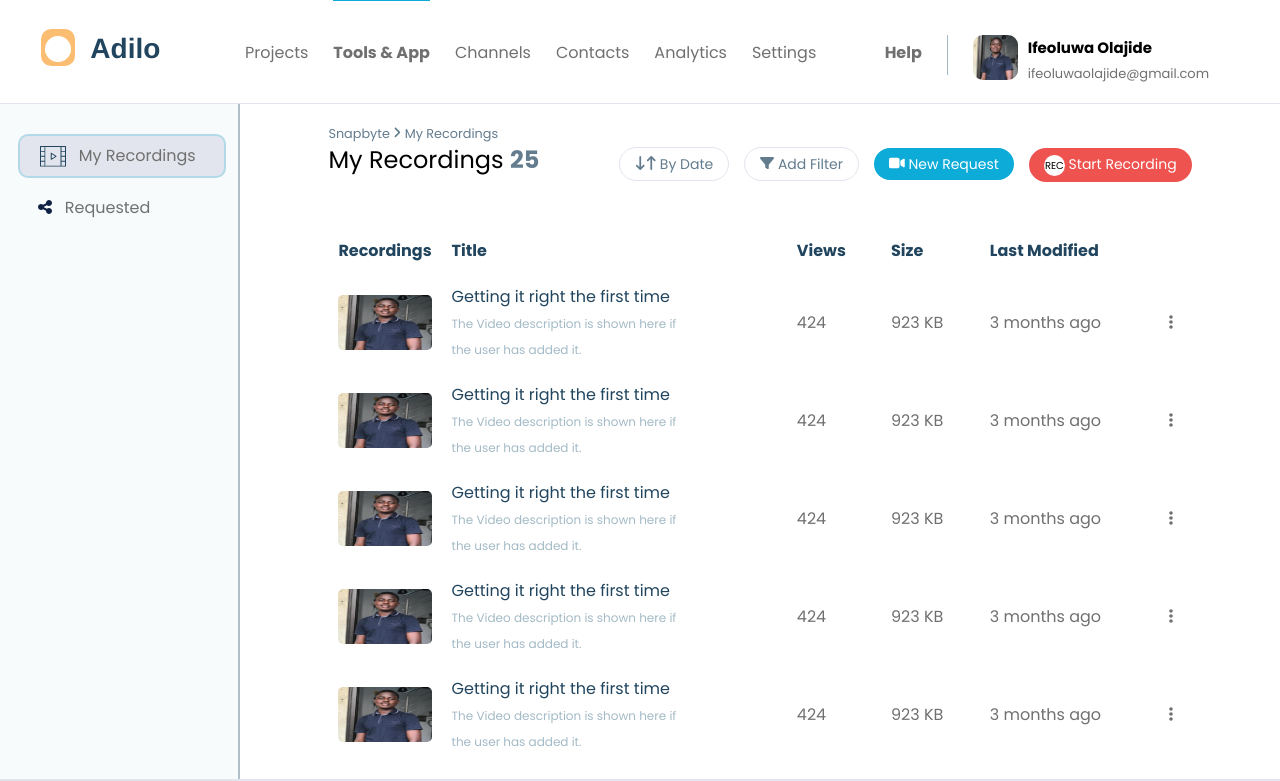
Repository: olhighjay/video_recorder
Page: /
These files come from the project's save history. The page is drawn as it stood at one moment and after the next save; the edit follows.
The browser window is 1280 px wide. The pictures show the whole page.
Some web libraries are served in a nearby version. The project was rebuilt for these pictures with package versions that can differ from the ones it lists, and the page was loaded fresh each time. Also part of the build but not shown: vue.config.js.

Above is the page before, as saved 2022-07-29 08:40:41.

### public/index.html
<!DOCTYPE html>
<html lang="">
  <head>
    <meta charset="utf-8">
    <meta http-equiv="X-UA-Compatible" content="IE=edge">
    <meta name="viewport" content="width=device-width,initial-scale=1.0">
    <link rel="icon" href="<%= BASE_URL %>favicon.ico">
    <title><%= htmlWebpackPlugin.options.title %></title>
    <link rel="stylesheet" href="https://cdn.jsdelivr.net/npm/bootstrap@4.0.0/dist/css/bootstrap.min.css" integrity="sha384-Gn5384xqQ1aoWXA+058RXPxPg6fy4IWvTNh0E263XmFcJlSAwiGgFAW/dAiS6JXm" crossorigin="anonymous">
    <link rel="stylesheet" href="https://cdnjs.cloudflare.com/ajax/libs/font-awesome/6.1.2/css/all.min.css" integrity="sha512-1sCRPdkRXhBV2PBLUdRb4tMg1w2YPf37qatUFeS7zlBy7jJI8Lf4VHwWfZZfpXtYSLy85pkm9GaYVYMfw5BC1A==" crossorigin="anonymous" referrerpolicy="no-referrer" />
  </head>
  <body>
    <noscript>
      <strong>We're sorry but <%= htmlWebpackPlugin.options.title %> doesn't work properly without JavaScript enabled. Please enable it to continue.</strong>
    </noscript>
    <div id="app"></div>
    <!-- built files will be auto injected -->

    <script src="https://cdnjs.cloudflare.com/ajax/libs/font-awesome/6.1.2/js/all.min.js" integrity="sha512-8pHNiqTlsrRjVD4A/3va++W1sMbUHwWxxRPWNyVlql3T+Hgfd81Qc6FC5WMXDC+tSauxxzp1tgiAvSKFu1qIlA==" crossorigin="anonymous" referrerpolicy="no-referrer"></script>
    <script src="https://code.jquery.com/jquery-3.2.1.slim.min.js" integrity="sha384-KJ3o2DKtIkvYIK3UENzmM7KCkRr/rE9/Qpg6aAZGJwFDMVNA/GpGFF93hXpG5KkN" crossorigin="anonymous"></script>
    <script src="https://cdn.jsdelivr.net/npm/popper.js@1.12.9/dist/umd/popper.min.js" integrity="sha384-ApNbgh9B+Y1QKtv3Rn7W3mgPxhU9K/ScQsAP7hUibX39j7fakFPskvXusvfa0b4Q" crossorigin="anonymous"></script>
    <script src="https://cdn.jsdelivr.net/npm/bootstrap@4.0.0/dist/js/bootstrap.min.js" integrity="sha384-JZR6Spejh4U02d8jOt6vLEHfe/JQGiRRSQQxSfFWpi1MquVdAyjUar5+76PVCmYl" crossorigin="anonymous"></script>
  </body>
</html>

### src/App.vue
<template>
  <!-- <img alt="Vue logo" src="./assets/logo.png"> -->
  <div>
    <navbar></navbar>
    <div id="main-flex">
      <div class="my-sidebar">
        <ul class="my-sidebar-items">
            <li class="sidebar-item-active"> <img src="./assets/video-player.png" alt=""> &nbsp; My Recordings</li>
            <li> <i class="fa fa-share-alt" style="color:#102346"></i> &nbsp; Requested</li>
        </ul>
      </div>
        <div class="my-main">
          <div class="my-main-container">
            <div><small class="breadcrumbs">Snapbyte <i class="fa fa-angle-right" style="font-weight:200"></i> My Recordings</small></div>
            <div class="subheading-tab">
              <div> <span class="my-recordings">My Recordings </span><span class="my-recordings-count">25</span> </div>
              <div>
                <button class="sub-heading-btn white-btn">
                  <i class="fa fa-long-arrow-down" aria-hidden="true"></i>
                  <i class="fa fa-long-arrow-up" aria-hidden="true"></i>
                  By Date
                </button>
                <button class="sub-heading-btn white-btn">
                  <i class="fa-solid fa-filter"></i>
                  Add Filter
                </button>
                <button class="sub-heading-btn blue-btn">
                  <i class="fa fa-video"></i>
                  New Request
                </button>
                <button class="sub-heading-btn red-btn">
                  <span style="color:#000; background-color:#fff; border-radius:50%; padding:3px 1px; font-size:10px">REC</span>
                  Start Recording
                </button>
              </div>
            </div>
            <!-- <div style="border: 1px dashed #A3BAC6; margin-top:30px;
              border-radius: 38px;
              opacity: 1; padding-top:105.9px; padding-bottom:68.5px">
              <p style="color: #000; font-size: 22px; text-align:center; font-weight:medium; margin-top:56px">Say hello to the world!</p>
              <p style="color: #637C8E; font-size: 14px; text-align:center;">Record your first video/audio and share it what your team, friends, <br />followers and customers.</p>
              <div class="text-center">
                <button class="sub-heading-btn red-btn">Start Recording</button>
                <button class="sub-heading-btn blue-btn">New Request</button>
              </div>
            </div>
            <div class="footer" style="margin-top:42px; margin-bottom: 140px">
              <div>

              </div>
              <div>
                <p style="font-size: 26px; color:#21455E">Want more controls & better <br />quality recording?</p>
                <button class="sub-heading-btn blue-btn">Download the desktop recorder</button>
              </div>
            </div> -->
            <div class="table-responsive-xl" style="margin-top:46.1px">
              <table class="">
  <thead>
    <tr >
      <th scope="col" class="my-table-title">Recordings</th>
      <th scope="col" class="my-table-title" colspan="3">Title</th>
      <th scope="col" style="width:10%"></th>
      <th scope="col" class="my-table-title">Views</th>
      <th scope="col" class="my-table-title">Size</th>
      <th scope="col" class="my-table-title">Last Modified</th>
      <th scope="col" class="my-table-title"></th>
    </tr>
  </thead>
  <tbody>
    <tr>
      <td style="width:13%; ">
        <img alt="Profile Image" src="./assets/profile.jpg" class="table-profile-image">
      </td>
      <td style="width:30%" colspan="3">
        <span class="row-col-txt">Getting it right the first time </span> <br />
        <span class="row-col-subtxt">The Video description is shown here if the user has added it. </span>
      </td>
      <td style="width:10%">
      </td>
      <td>424</td>
      <td>923 KB</td>
      <td>3 months ago</td>
      <td><i class="fa fa-ellipsis-v"></i></td>
    </tr>
    <tr>
      <td style="width:13%; ">
        <img alt="Profile Image" src="./assets/profile.jpg" class="table-profile-image">
      </td>
      <td style="width:30%" colspan="3">
        <span class="row-col-txt">Getting it right the first time </span> <br />
        <span class="row-col-subtxt">The Video description is shown here if the user has added it. </span>
      </td>
      <td style="width:10%">
      </td>
      <td>424</td>
      <td>923 KB</td>
      <td>3 months ago</td>
      <td><i class="fa fa-ellipsis-v"></i></td>
    </tr>
    <tr>
      <td style="width:13%; ">
        <img alt="Profile Image" src="./assets/profile.jpg" class="table-profile-image">
      </td>
      <td style="width:30%" colspan="3">
        <span class="row-col-txt">Getting it right the first time </span> <br />
        <span class="row-col-subtxt">The Video description is shown here if the user has added it. </span>
      </td>
      <td style="width:10%">
      </td>
      <td>424</td>
      <td>923 KB</td>
      <td>3 months ago</td>
      <td><i class="fa fa-ellipsis-v"></i></td>
    </tr>
    <tr>
      <td style="width:13%; ">
        <img alt="Profile Image" src="./assets/profile.jpg" class="table-profile-image">
      </td>
      <td style="width:30%" colspan="3">
        <span class="row-col-txt">Getting it right the first time </span> <br />
        <span class="row-col-subtxt">The Video description is shown here if the user has added it. </span>
      </td>
      <td style="width:10%">
      </td>
      <td>424</td>
      <td>923 KB</td>
      <td>3 months ago</td>
      <td><i class="fa fa-ellipsis-v"></i></td>
    </tr>
    <tr>
      <td style="width:13%; ">
        <img alt="Profile Image" src="./assets/profile.jpg" class="table-profile-image">
      </td>
      <td style="width:30%" colspan="3">
        <span class="row-col-txt">Getting it right the first time </span> <br />
        <span class="row-col-subtxt">The Video description is shown here if the user has added it. </span>
      </td>
      <td style="width:10%">
      </td>
      <td>424</td>
      <td>923 KB</td>
      <td>3 months ago</td>
      <td><i class="fa fa-ellipsis-v"></i></td>
    </tr>
  </tbody>
</table>
            </div>
          </div>
        </div>
    </div>
  </div>
</template>

<script>
// import HelloWorld from './components/HelloWorld.vue'
import Navbar from './layouts/Navbar.vue'

export default {
  name: 'App',
  components: {
    Navbar
  }
}
</script>


<style>
 @import url('https://fonts.googleapis.com/css2?family=Poppins:wght@400;500;700&display=swap');

#main-flex {
  display: flex;
  width: 100%;
}

.my-sidebar {
  flex: 0 0 240px;
  /* width: 20%; */
  /* height: 100%; */
  background-color: #ebf2f656;
  border-right: 2px solid #21455e54;
  /* border-right: 2px solid #21455E; */
  /* width:250px; */
}
.my-sidebar-items {
  list-style: none;
  padding: 20px 0;
}
.my-sidebar-items>li {
  margin : 10px 12px 10px 18px;
  padding: 7px 20px ;
}
.sidebar-item-active {
  background-color: #E2E5ED;
  border: 2px solid #0DABD838;
  border-radius: 10px;
}





.my-main {
  flex: 1;
  flex-wrap: wrap;
}
.my-main-container {
  padding: 1.5% 8.5%;
}
.subheading-tab {
  display: flex;
  justify-content: space-between;
}
.sub-heading-btn {
  padding: 3px 15px;
  border-radius: 20px;
  margin-left: 15px;
  font-size: 14px;
}
.white-btn {
  border: 1px solid #E2E5ED;
  background-color: white;
  color: #637C8E;
}
.blue-btn {
  border: none;
  background-color: #0DABD8;
  color: #fff;
}
.red-btn {
  border: none;
  background-color: #EF5350;
  color: #fff;
}
.my-recordings, .my-recordings-count {
  font-size: 24px;
  color: #000
}
.my-recordings {
  color: #000
}
.my-recordings-count {
  color: #637C8E;
  font-weight: 600;
}
.breadcrumbs {
  color:#637C8E;
}


table  {
  border-spacing: 300px !important;
}
th, td {
  padding: 10px;
}
.my-table-title {
  text-align: left;
  font: normal normal medium 18px/27px Poppins;
  letter-spacing: 0px;
  color: #21455E;
}
.row-col-txt {
  color:#21455E
}
.row-col-subtxt {
  text-align: left;
  font: normal normal normal 12px/18px Poppins;
  letter-spacing: 0px;
  color: #A3BAC6;
  line-height: 0;
}
.table-profile-image {
  width:100%;
  height:55px;
  border-radius:5px;
}


#app {
  font-family: Avenir, Helvetica, Arial, sans-serif;
  font: normal normal normal 14px/26px Poppins;
  -webkit-font-smoothing: antialiased;
  -moz-osx-font-smoothing: grayscale;
   /* text-align: center; */
   font-size: 16px;
  color: #707070;
  border-bottom: solid 2px #E2E5ED;
  overflow: hidden;
  /* margin-top: 60px;  */
}


</style>

### src/layouts/Navbar.vue
<template>
    <nav class="">
      <div class="nav-logo-area">
        <div class="nav-logo-area-inner">
          <div class="white-logo-wrap">
            <span class="white-logo-bkg">
            <img alt="Adilo logo" src="../assets/swarm.png">
            </span>
          </div>
          <div class="adilo">Adilo</div>
        </div>
      </div>
      <div class="nav-tab">
        <ul class="my-nav-list">
          <li><a>Projects</a></li>
          <li class="active-nav-item"> <a>Tools & App</a></li>
          <li><a>Channels</a></li>
          <li><a>Contacts</a></li>
          <li><a>Analytics</a></li>
          <li><a>Settings</a></li>
        </ul>
      </div>
      <div class="nav-profile">
        <ul class="my-nav-list">
          <li><a><b>Help</b></a></li>
        </ul>
        <div class="profile-info">
          <div class="profile-border"></div>
          <div >
            <img alt="Profile Image" src="../assets/profile.jpg" class="profile-img">
          </div>
          <div style="margin-left:10px">
            <span class="profile-name">Ifeoluwa Olajide </span>
            <p class="profile-email">ifeoluwaolajide@gmail.com</p>
          </div>
        </div>
      </div>
    </nav>
</template>
<script>
export default {
    name: 'NavbarComponent'
}
</script>
<style>
     nav {
    display: flex;
    /* height: 69px; */
    padding: 0 0.032%;
    border-bottom: solid 1px #E2E5ED;
  }

  .nav-logo-area {
    flex: 0 0 16%;
    padding-left: 3.2%;
    padding-top: 19px;
    padding-bottom: 27px;
  }
  .nav-logo-area-inner {
    display: flex;
  }
  .nav-tab {
    flex: 0 0 50%;
  }
  .nav-profile {
    flex: 0 0 34%;
    display: flex;
  }
  .my-nav-list {
    list-style: none;
    padding-top: 40px;
  }
  .my-nav-list>li {
    display: inline;
    margin-right: 25px;
    padding-top: 40px;
  }
  .my-nav-list>li>a {
    text-align: left;
    /* font: normal normal normal 18px/27px Poppins; */
    letter-spacing: 0px;
    color: #707070;
    opacity: 1
  }
  .white-logo-wrap {
    padding-top:16px;
  }
  .white-logo-bkg {
    background-color:#FBBD71;
    padding:7px 4px;
    border-radius:10px;
  }
  .adilo {
    font: normal normal bold 28px/32px Helvetica;
    font-size:28px;
    margin-left:15px;
    font-weight:bold;
    color:#21455E;
    padding-top:14px;
  }
  .profile-info {
    padding-top:35px;
    display:flex;
  }
  .active-nav-item {
    border-top: 6px solid #0DABD8;
    font-weight: 600;
  }
  .profile-border {
    border-left: 1px solid #A3BAC6;
    padding-left:25px;
    height:40px;
  }
  .profile-img {
    width:45px; height: 45px;
    border-radius:10px;
  }
  .profile-name {
    font-weight:bold;
    font-size:15px;
    color:black;
  }
  .profile-email {
    font-size:13px;
  }
</style>

Loaded but not shown: src/main.js (common file)

After the next save:
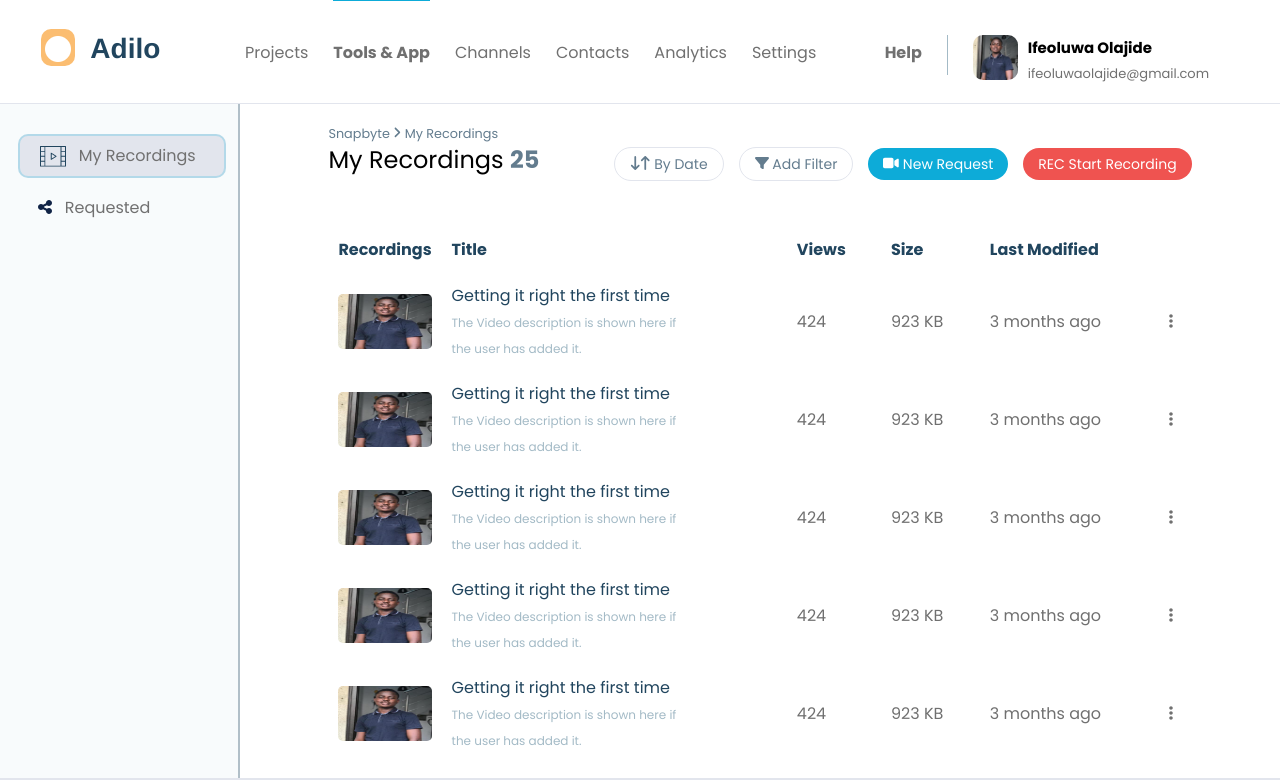
Saved 2 min 20 s later.
--- a/src/App.vue
+++ b/src/App.vue
@@ -29,7 +29,7 @@
                   New Request
                 </button>
                 <button class="sub-heading-btn red-btn">
-                  <span style="color:#000; background-color:#fff; border-radius:50%; padding:3px 1px; font-size:10px">REC</span>
+                  <span class="rec">REC</span>
                   Start Recording
                 </button>
               </div>

After the save that followed:
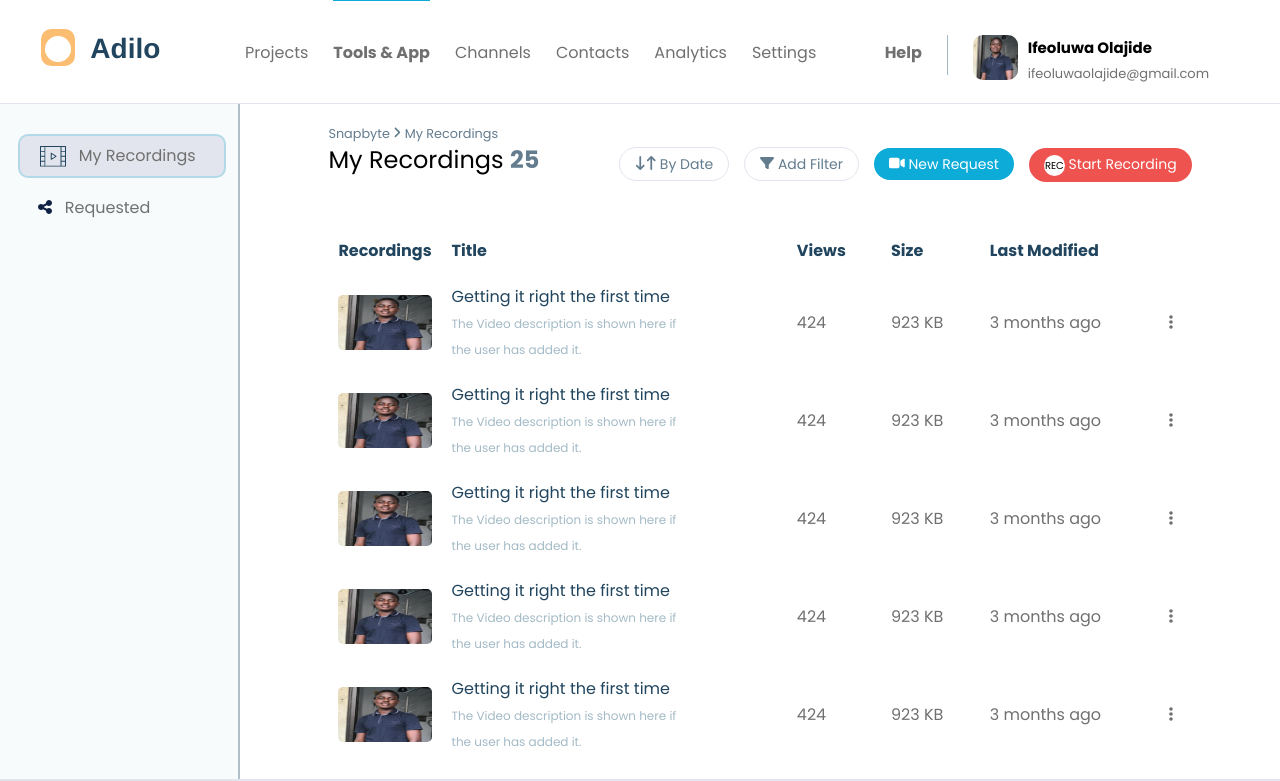
Saved 66 s later.
--- a/src/App.vue
+++ b/src/App.vue
@@ -245,7 +245,13 @@ export default {
 .breadcrumbs {
   color:#637C8E;
 }
-
+.rec {
+  color:#000;
+  background-color:#fff;
+  border-radius:50%;
+  padding:3px 1px;
+  font-size:10px;
+}
 
 table  {
   border-spacing: 300px !important;
